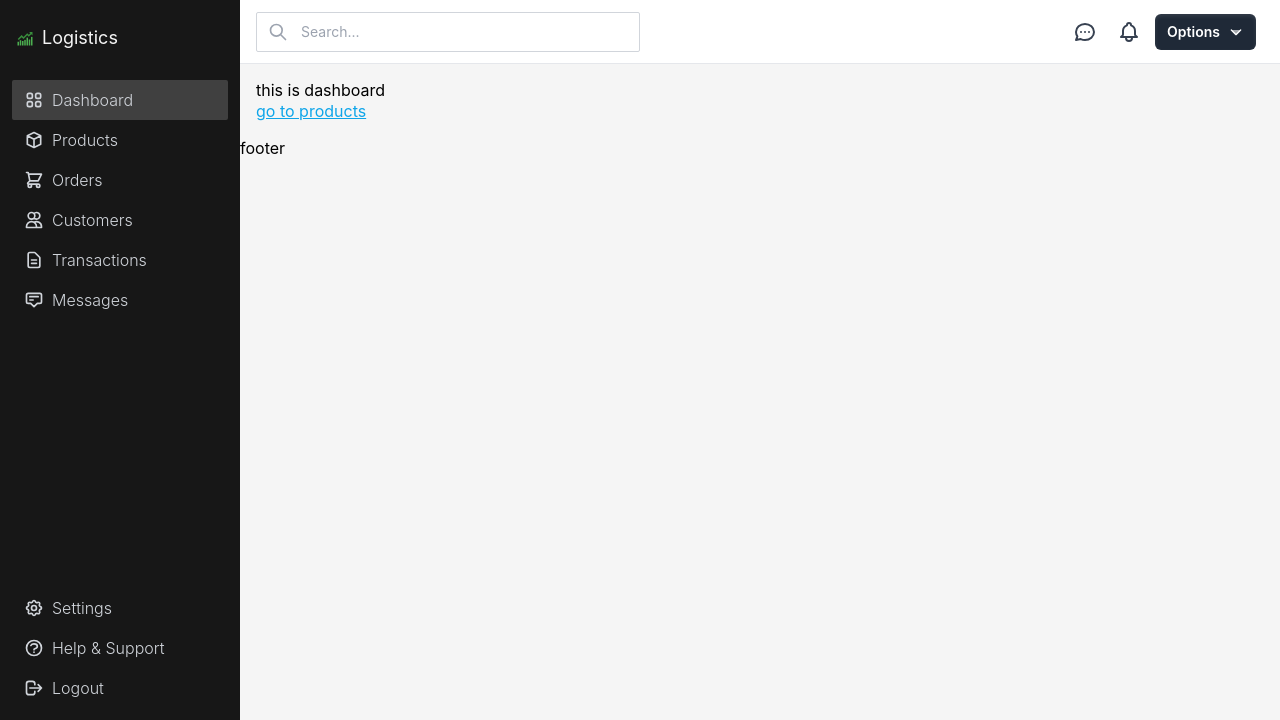
Repository: Mayar2222/Dashboard
Page: /
These files come from the project's save history. The page is drawn as it stood at one moment and after a run of saves; the edit follows.
The browser window is 1280 px wide. The pictures show the whole page.
The project was rebuilt for these pictures with package versions that can differ from the ones it lists, and the page was loaded fresh each time. A package was used in the major version that the imports need, not the one package.json lists. Also part of the build but not shown: src/components/Products.jsx.

Above is the page before, as saved 2024-07-18 20:42:07.

After the next 2 saves:
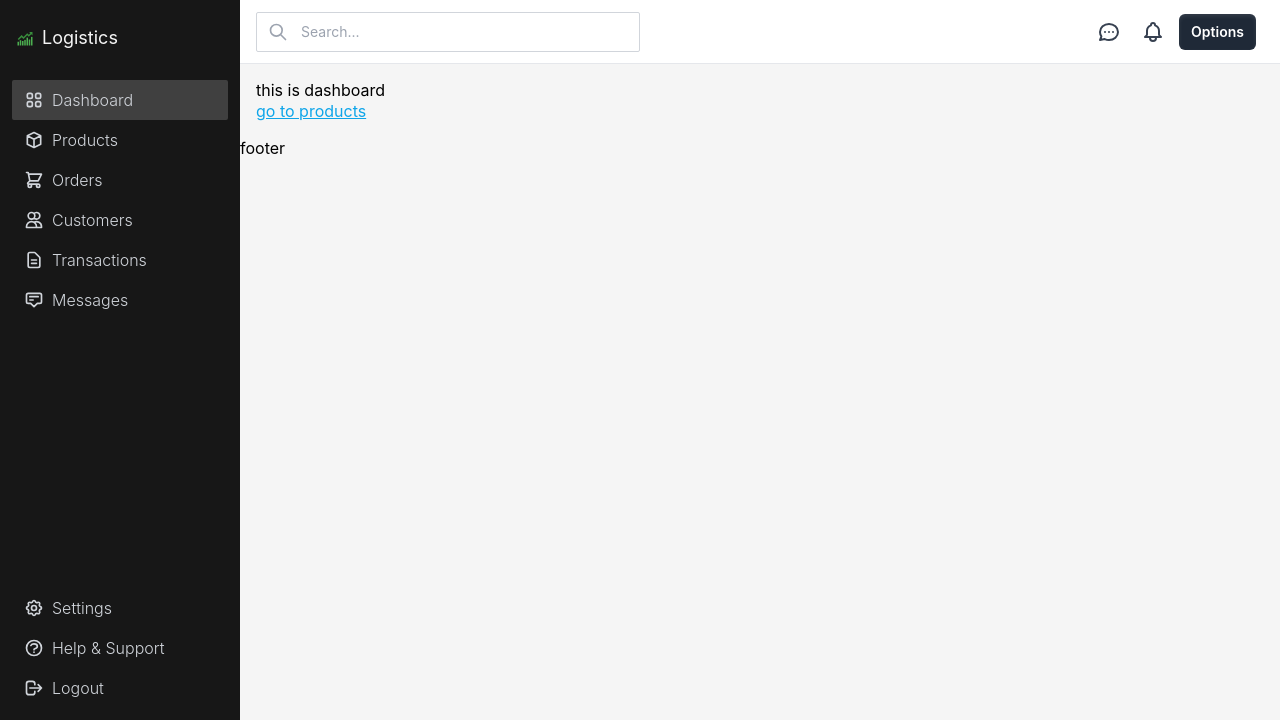
The 2 saves are shown as one change because 1 did not build or start.
The last was saved 33 s later.
--- a/src/components/shared/Header.jsx
+++ b/src/components/shared/Header.jsx
@@ -1,7 +1,6 @@
 import { Popover, Transition ,Menu} from '@headlessui/react';
 import React, { Fragment } from 'react';
 import { HiOutlineBell, HiOutlineChat, HiOutlineSearch, } from 'react-icons/hi';
-import { ChevronDownIcon } from '@heroicons/react/outline';
 
 export default function Header() {
   return (
@@ -74,7 +73,6 @@ export default function Header() {
         <div>
         <Menu.Button className="inline-flex items-center gap-2 rounded-md bg-gray-800 py-1.5 px-3 text-sm/6 font-semibold text-white shadow-inner shadow-white/10 focus:outline-none data-[hover]:bg-gray-700 data-[open]:bg-gray-700 data-[focus]:outline-1 data-[focus]:outline-white">
           Options
-          <ChevronDownIcon className="size-4 fill-white/60" />
         </Menu.Button>
         </div>
         </Menu>
